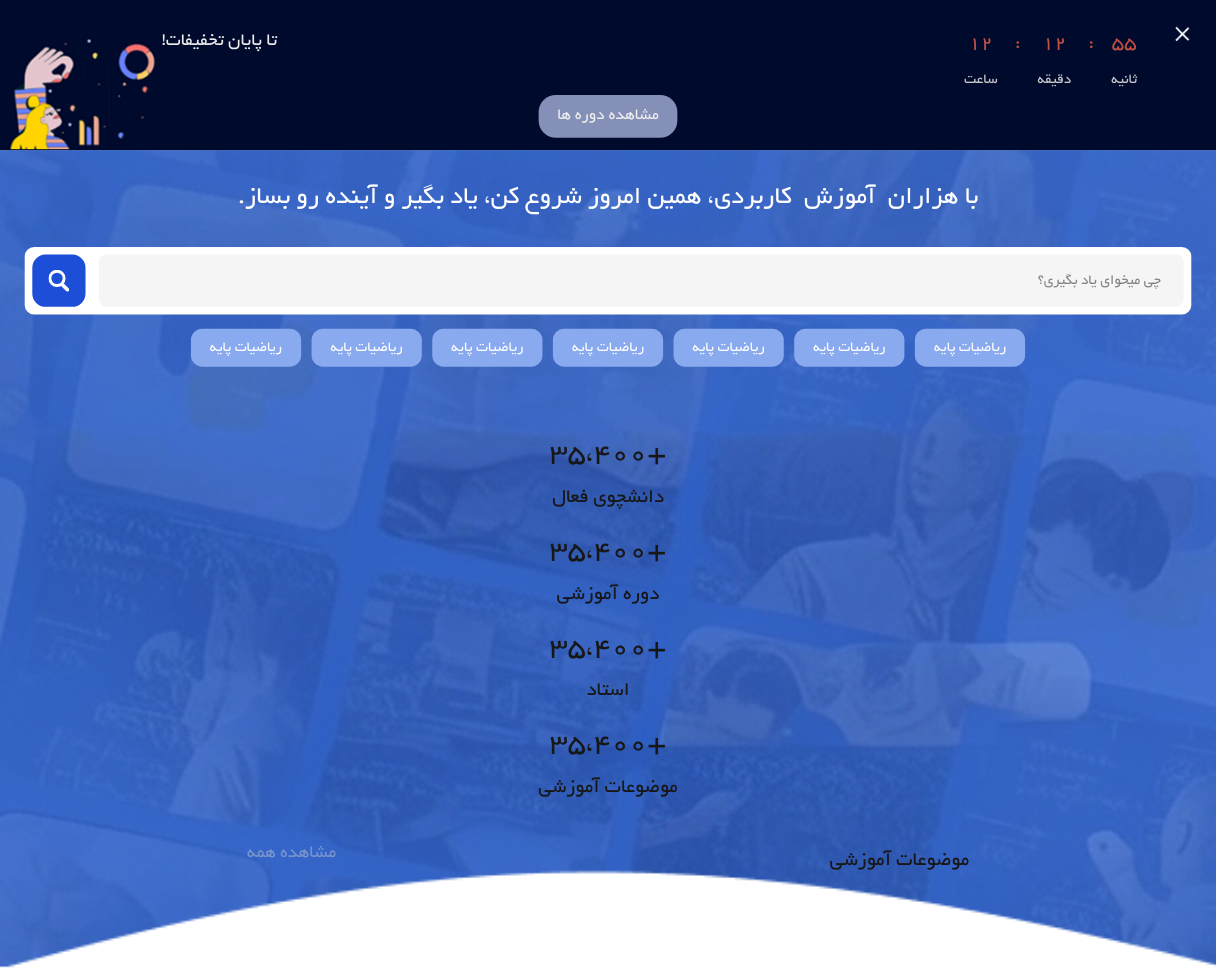
Repository: sinafath/fradars
Page: /
These files come from the project's save history. The page is drawn as it stood at one moment and after a run of saves; the edit follows.
The browser window is 1280 px wide. The pictures show the whole page, at 95% of full size.
The project was rebuilt for these pictures with package versions that can differ from the ones it lists, and the page was loaded fresh each time. The framework's server and built-in components were replaced by stand-ins that run in the browser. Also part of the build but not shown: next.config.ts.

Above is the page before, as saved 2025-09-21 20:22:00.

### src/app/layout.tsx
import type { Metadata } from "next";
import localFont from 'next/font/local'

const myFont = localFont({
  src: '../../public/BYEKAN.ttf',
})
import "./globals.css";

console.log(myFont)

export const metadata: Metadata = {
  title: "Fradars",
  description: "tutoring website",
};

export default function RootLayout({
  children,
}: Readonly<{
  children: React.ReactNode;
}>) {
  return (
    <html lang="fa" dir="rtl" className={myFont.className}>
      <body
      >
        {children}
      </body>
    </html>
  );
}

### src/app/page.tsx
import { Center, Column, Row } from "@/components/core";
import Image from "next/image";

export default function Home() {
  return (
    <div>
      <div className="w-full relative flex justify-center bg-[#000A2D] h-[158px] ">
        <Image
          aria-hidden
          className="absolute left-0"
          src="/1.png"
          alt="File icon"
          width={163}
          height={157}
        />
        <Image
          aria-hidden
          className="absolute top-[28px] start-[28px]"
          src="/2.png"
          alt="File icon"
          width={15}
          height={15}
        />
        <Row className="top-[30px] absolute start-[83px] gap-[18px] h-[58px]" align="start" >
          <Column className="gap-[20px] text-center">
            <span className="text-[22px]  h-[22px]  text-[#BF4F43]">۵۵</span>
            <span className="text-[#C9C9C9] text-[16px]">ثانیه</span>
          </Column >
          <span className="text-[22px] text-[#BF4F43]">:</span>
          <Column className="gap-[20px] text-center">
            <span className="text-[22px] h-[22px]  text-[#BF4F43]">۱۲</span>
            <span className="text-[#C9C9C9] text-[16px]">دقیقه</span>
          </Column >
          <span className="text-[22px] text-[#BF4F43]">:</span>
          <Column className="gap-[20px] text-center">
            <span className="text-[22px] h-[22px]  text-[#BF4F43]">۱۲</span>
            <span className="text-[#C9C9C9] text-[16px]">ساعت</span>
          </Column >

        </Row>
        <p className=" absolute top-[29px] end-[170px] text-[#EDEDED] text-[20px]">تا پایان تخفیفات!</p>
        <button className=" w-[146px] h-[45px] bg-[#8590B8] rounded-[18px] absolute bottom-[13px] text-[18px] text-[#EDEDED]">مشاهده دوره ها</button>
      </div>
      <Column className="relative text-center">
        <h1 className="text-[28px] text-white pt-[30px] px-[62px]"> با هزاران  آموزش‌  کاربردی، همین امروز شروع کن،
          یاد بگیر و آینده رو بساز.</h1>
        <Row className="mt-[30px] w-[calc(100%-52px)] bg-white p-[8px] gap-[14px] h-[71px] mx-[26px] rounded-[10px]" >
          <input type="text" className="bg-[#F5F5F5] flex-1 h-full rounded-[8px] px-[24px] " placeholder="چی میخوای یاد بگیری؟" />
          <Center className="bg-[#1D4ED8] w-[56px] h-full rounded-[14px]">
            <img src="/4.svg" />
          </Center>
        </Row>
        <Row className="flex-wrap gap-x-[11px] gap-y-[15px] mt-[15px] justify-center ">
          <div className="rounded-[12px] text-[16px] px-[20px] py-[8px] bg-[#8AAAF0] text-white"> ریاضیات پایه </div>
          <div className="rounded-[12px] text-[16px] px-[20px] py-[8px] bg-[#8AAAF0] text-white"> ریاضیات پایه </div>
          <div className="rounded-[12px] text-[16px] px-[20px] py-[8px] bg-[#8AAAF0] text-white"> ریاضیات پایه </div>
          <div className="rounded-[12px] text-[16px] px-[20px] py-[8px] bg-[#8AAAF0] text-white"> ریاضیات پایه </div>
          <div className="rounded-[12px] text-[16px] px-[20px] py-[8px] bg-[#8AAAF0] text-white"> ریاضیات پایه </div>
          <div className="rounded-[12px] text-[16px] px-[20px] py-[8px] bg-[#8AAAF0] text-white"> ریاضیات پایه </div>
          <div className="rounded-[12px] text-[16px] px-[20px] py-[8px] bg-[#8AAAF0] text-white"> ریاضیات پایه </div>
        </Row>
        <Image
          aria-hidden
          className="absolute top-0 start-0 w-full z-[-1]"
          src="/3.png"
          alt="File icon"
          width={560}
          height={377}
        />
      </Column>
      <Column className="gap-[17px] text-center pt-[70px] ">
        <Column className="gap-[4px]">
          <div className="text-[32px]"> +۳۵،۴۰۰</div>
          <div className="text-[22px]">دانشچوی فعال</div>
        </Column>
        <Column className="gap-[4px]">
          <div className="text-[32px]">  +۳۵،۴۰۰ </div>
          <div className="text-[22px]"> دوره آموزشی</div>
        </Column>
        <Column className="gap-[4px]">
          <div className="text-[32px]"> +۳۵،۴۰۰</div>
          <div className="text-[22px]"> استاد</div>
        </Column>
        <Column className="gap-[4px]">
          <div className="text-[32px]"> +۳۵،۴۰۰</div>
          <div className="text-[22px]"> موضوعات آموزشی</div>
        </Column>
      </Column>
      <Row justify="around">
        <h3 className="text-[22px] mt-[44px] mb-[26px]">موضوعات آموزشی</h3>
        <p className="text-[20px] text-[#7894CE]"> مشاهده همه</p>
      </Row>
    </div>
  );
}

### src/app/globals.css

@import "tailwindcss";

:root {
  --background: #ffffff;
  --foreground: #171717;
}

@theme inline {
  --color-background: var(--background);
  --color-foreground: var(--foreground);
}
@layer base {
  *{
    @apply box-border; /* Ensures box-sizing: border-box */
  }
}
@media (prefers-color-scheme: dark) {
  :root {
    --background: #0a0a0a;
    --foreground: #ededed;
  }
}


body {
  background: var(--background);
  color: var(--foreground);
  font-weight: normal;
}

### src/components/core.tsx
import { cn } from "@/lib/utils";
import { ReactNode } from "react";

type AlignItems = 'start' | 'center' | 'end' | 'baseline' | 'stretch';
type JustifyContent = 'start' | 'center' | 'end' | 'between' | 'around' | 'evenly';

interface FlexProps {
    children?: ReactNode;
    className?: string;
    align?: AlignItems;
    justify?: JustifyContent;
}

const alignClasses: Record<AlignItems, string> = {
    start: 'items-start',
    center: 'items-center',
    end: 'items-end',
    baseline: 'items-baseline',
    stretch: 'items-stretch',
};

const justifyClasses: Record<JustifyContent, string> = {
    start: 'justify-start',
    center: 'justify-center',
    end: 'justify-end',
    between: 'justify-between',
    around: 'justify-around',
    evenly: 'justify-evenly',
};

interface CenterProps {
    children: ReactNode;
    className?: string;
}

function Center({ children, className }: CenterProps) {
    return (
        <div className={cn('flex items-center justify-center', className)}>
            {children}
        </div>
    );
}

function Row({
    children,
    className,
    align = 'center',
    justify = 'start',
    ...props
}: FlexProps) {
    return (
        <div
            className={cn('flex flex-row', alignClasses[align], justifyClasses[justify], className)}
            {...props}
        >
            {children}
        </div>
    );
}

function Column({
    children,
    className,
    align = 'center',
    justify = 'start',
    ...props
}: FlexProps) {
    return (
        <div
            className={cn('flex flex-col', alignClasses[align], justifyClasses[justify], className)}
            {...props}
        >
            {children}
        </div>
    );
}

export { Column, Center, Row };

Loaded but not shown: src/lib/utils.ts (common file)

After the next 2 saves:
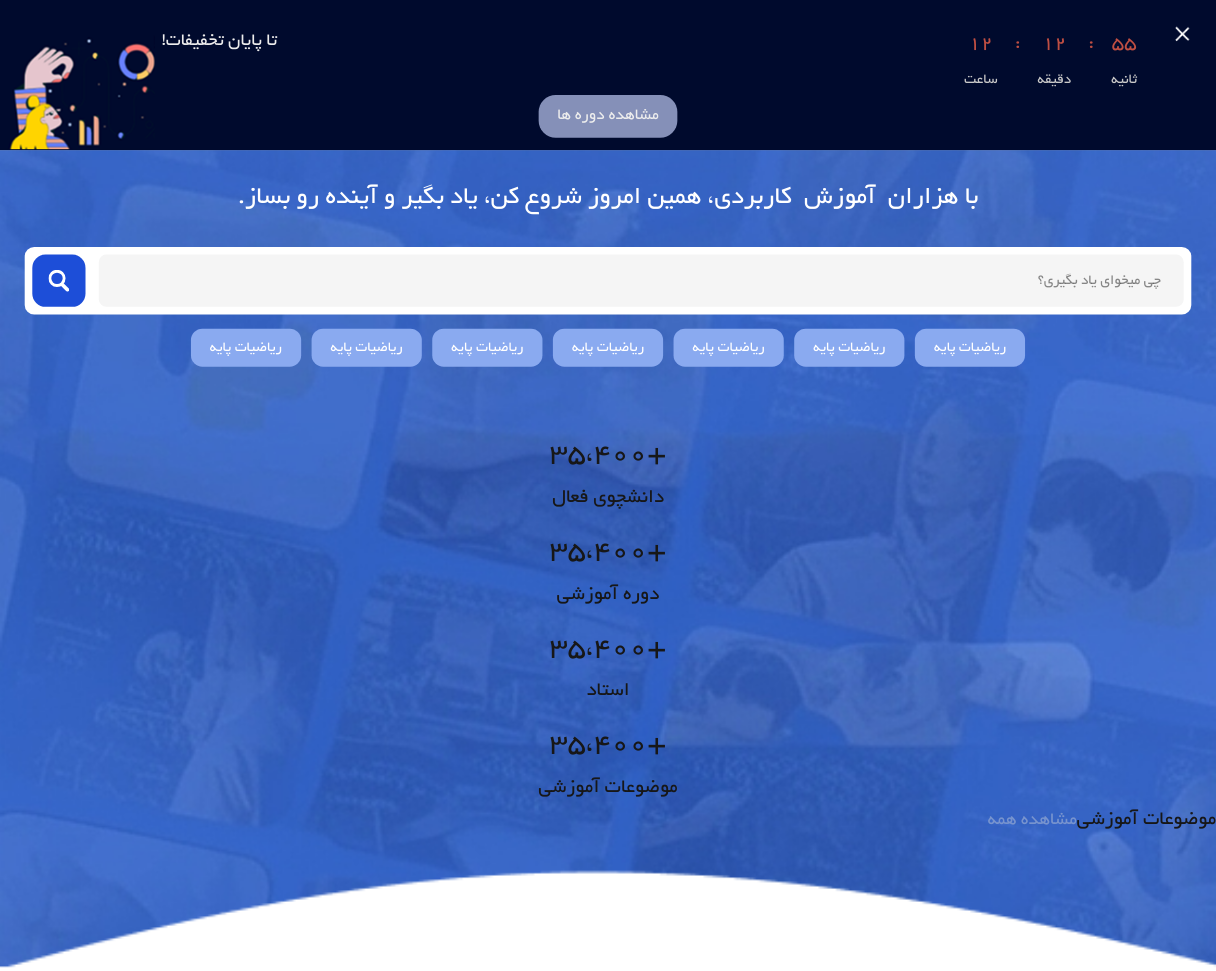
The 2 saves are shown as one change because they came seconds apart.
The last was saved 46 s later.
--- a/src/app/page.tsx
+++ b/src/app/page.tsx
@@ -86,8 +86,8 @@
           <div className="text-[22px]"> موضوعات آموزشی</div>
         </Column>
       </Column>
-      <Row justify="around">
-        <h3 className="text-[22px] mt-[44px] mb-[26px]">موضوعات آموزشی</h3>
+      <Row justify="around mt-[44px] mb-[26px]">
+        <h3 className="text-[22px] ">موضوعات آموزشی</h3>
         <p className="text-[20px] text-[#7894CE]"> مشاهده همه</p>
       </Row>
     </div>
